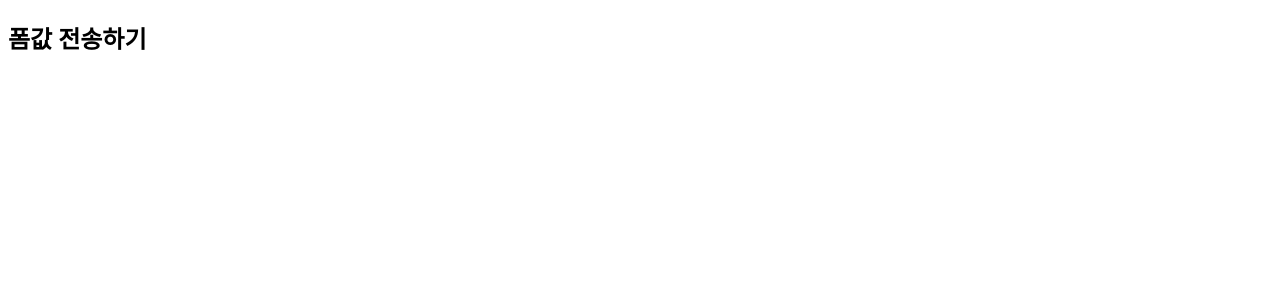
Repository: SteelIndustry/neo
Page: http://localhost/HelloWorld/10EL/FormSubmit.jsp
The author's editor kept a copy of each file at every save. The page is drawn from the files as they stood at one save, then again after the next save.
The browser window is 1280 px wide. The pictures show the whole page.
The page is served by Tomcat 9. Other server files are loaded and not shown.

Above is the page before, as saved 2022-09-08 04:11:22.

### WebJSP/HelloWorld/WebContent/10EL/FormSubmit.jsp
<%@ page language="java" contentType="text/html; charset=UTF-8"
    pageEncoding="UTF-8"
    trimDirectiveWhitespaces="true"%>
<!DOCTYPE html>
<html>
<head>
<meta charset="UTF-8">
<title>표현 언어(EL) - 폼값 처리</title>
</head>
<body>
	<h2>폼값 전송하기</h2>
</body>
</html>

After the next save:
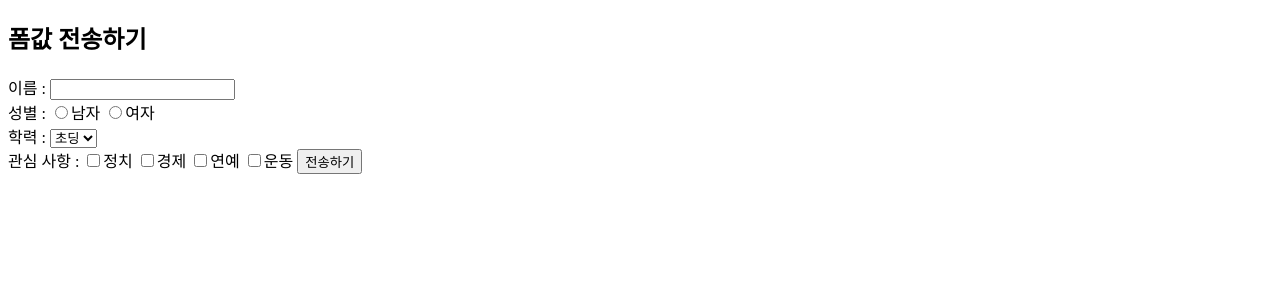
Saved 3 min 41 s later.
--- a/WebJSP/HelloWorld/WebContent/10EL/FormSubmit.jsp
+++ b/WebJSP/HelloWorld/WebContent/10EL/FormSubmit.jsp
@@ -9,5 +9,23 @@
 </head>
 <body>
 	<h2>폼값 전송하기</h2>
+	<form name="frm" method="post" action="FormResult.jsp">
+		이름 : <input type="text" name="name" /><br />
+		성별 : <input type="radio" name="gender" value="Man" />남자
+				<input type="radio" name="gender" value="Woman" />여자<br />
+		학력 :
+			<select name="grade" id="">
+				<option value="ele">초딩</option>
+				<option value="mid">중딩</option>
+				<option value="high">고딩</option>
+				<option value="uni">대딩</option>
+			</select><br />
+		관심 사항 :
+			<input type="checkbox" name="inter" value="pol" />정치
+			<input type="checkbox" name="inter" value="eco" />경제
+			<input type="checkbox" name="inter" value="ent" />연예
+			<input type="checkbox" name="inter" value="spo" />운동
+		<input type="submit" value="전송하기" />
+	</form>
 </body>
 </html>
